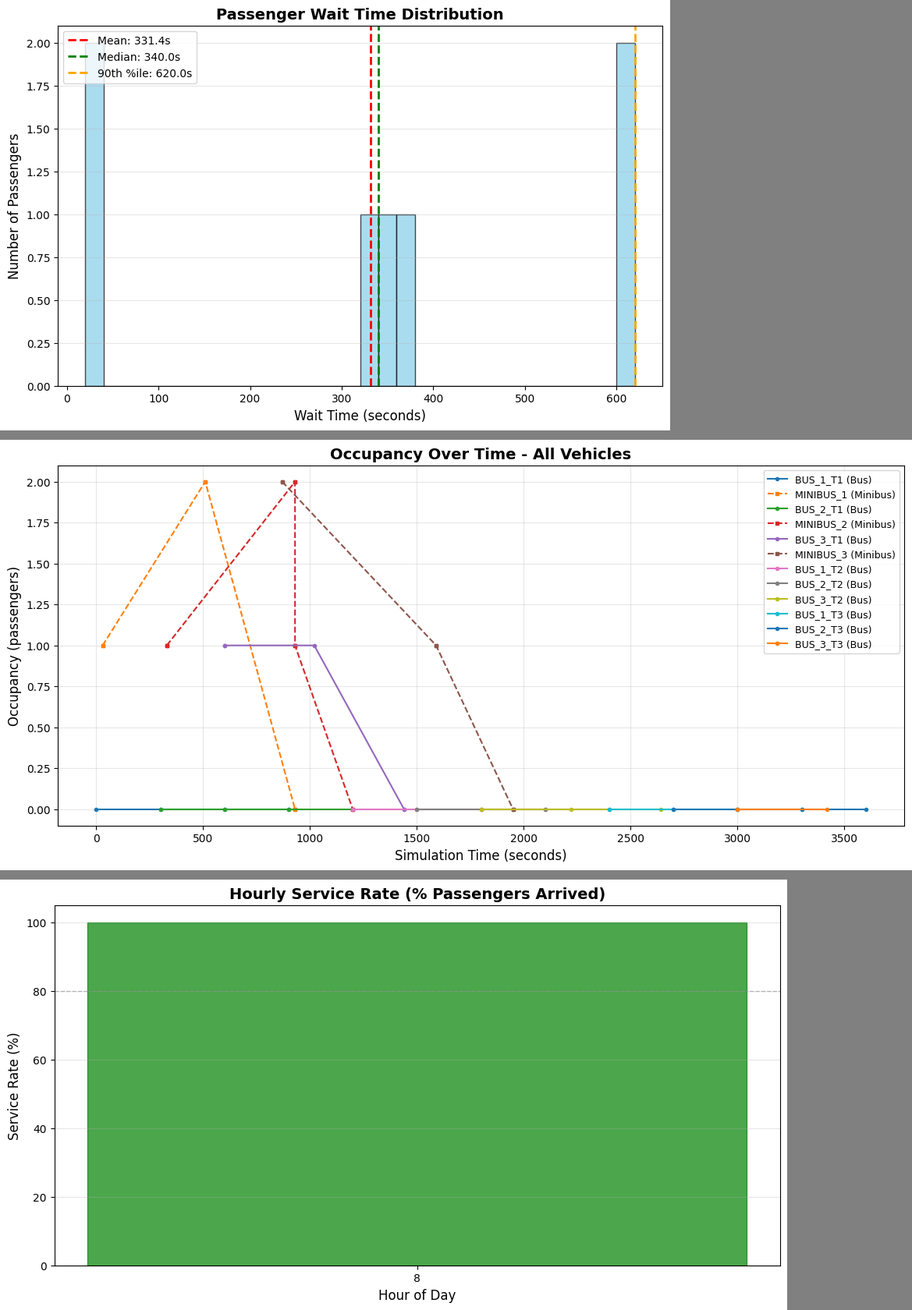
Repository: Jingren-Tang/Minibus_simulation
Script's output: python main.py
An editor plug-in stored every save of this project. The script's output is shown before and after the next save, followed by the edit.
The pictures are shown at 78% of full size.
Each picture stacks the figures in order, with grey between them; figures that are only written to a file come last. Random numbers start from a fixed seed. It also reads mockdata/travel_time_matrix.npy.

Above is the script's output before, as saved 2025-12-17 16:30:35.

After the next save:
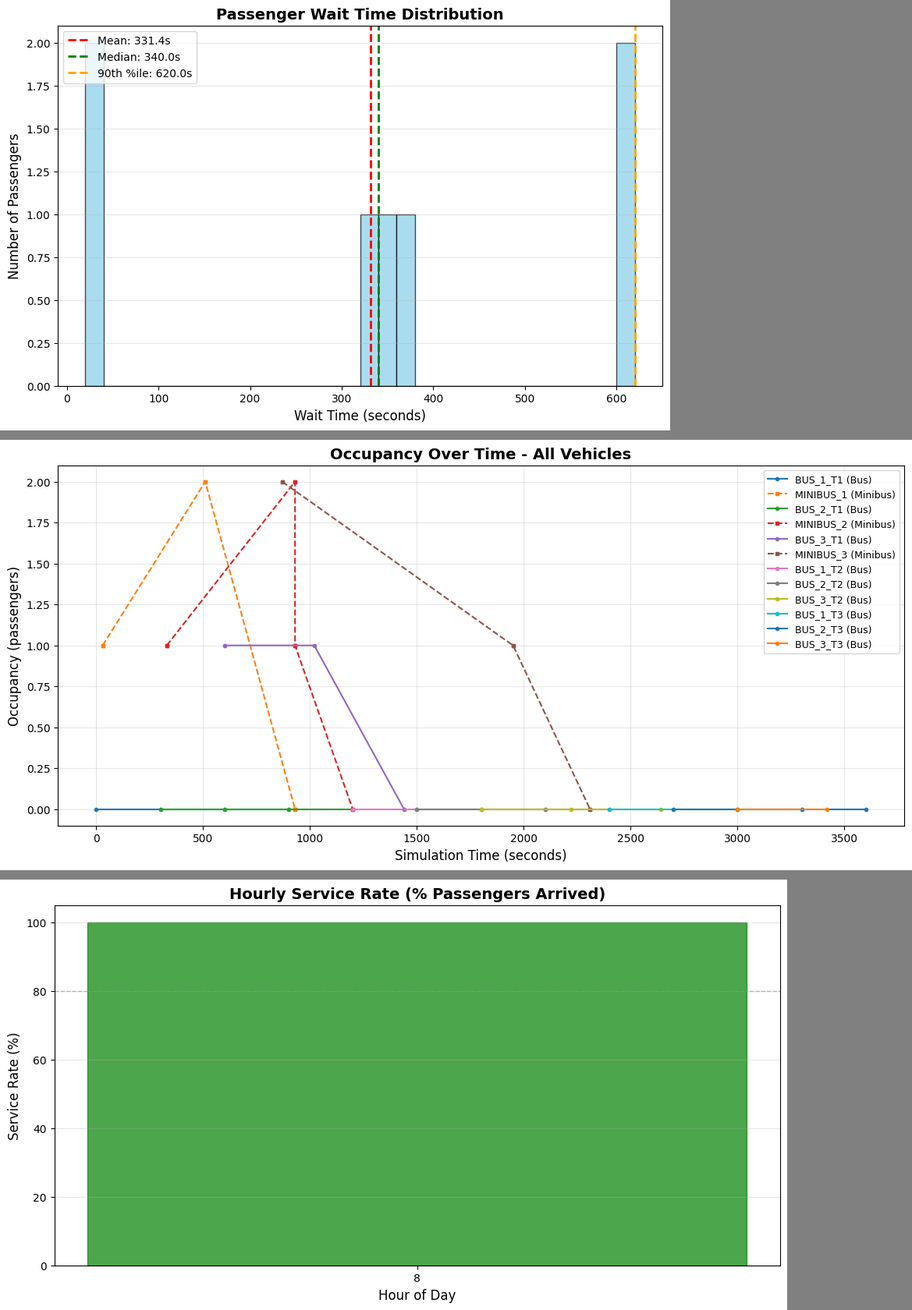
Saved 27 s later.
--- a/config.py
+++ b/config.py
@@ -87,7 +87,7 @@
     'module_name': 'optimizer.greedy_insertion',
     'function_name': 'greedy_insert_optimize',
     'max_waiting_time': 60.0,
-    'max_detour_time': 300.0,
+    'max_detour_time': 30.0,
     "max_travel_time_ratio": 2.0,
 }
 

After the save that followed:
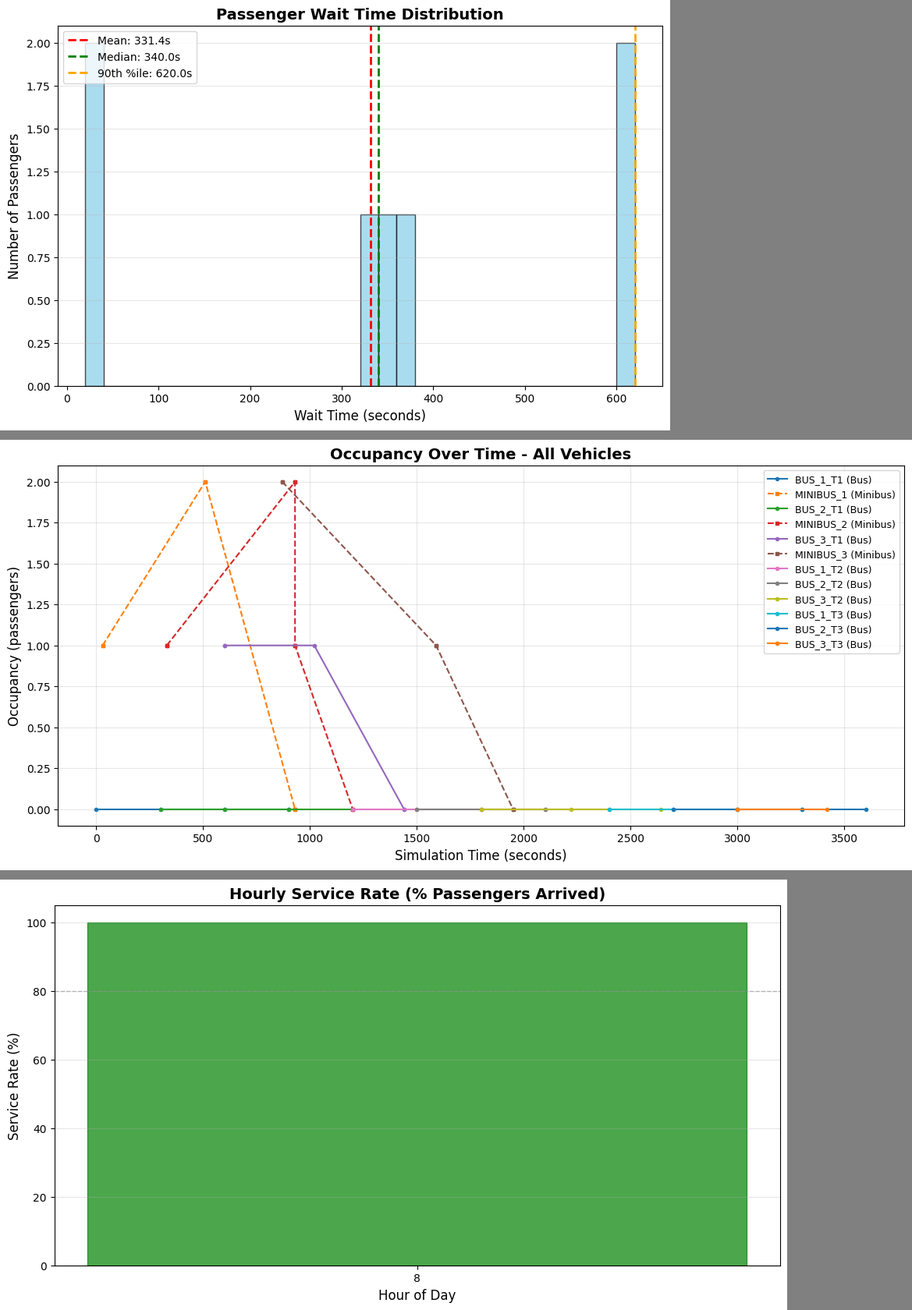
Saved 2 min 0 s later.
--- a/config.py
+++ b/config.py
@@ -87,7 +87,7 @@
     'module_name': 'optimizer.greedy_insertion',
     'function_name': 'greedy_insert_optimize',
     'max_waiting_time': 60.0,
-    'max_detour_time': 30.0,
+    'max_detour_time': 300.0,
     "max_travel_time_ratio": 2.0,
 }
 
